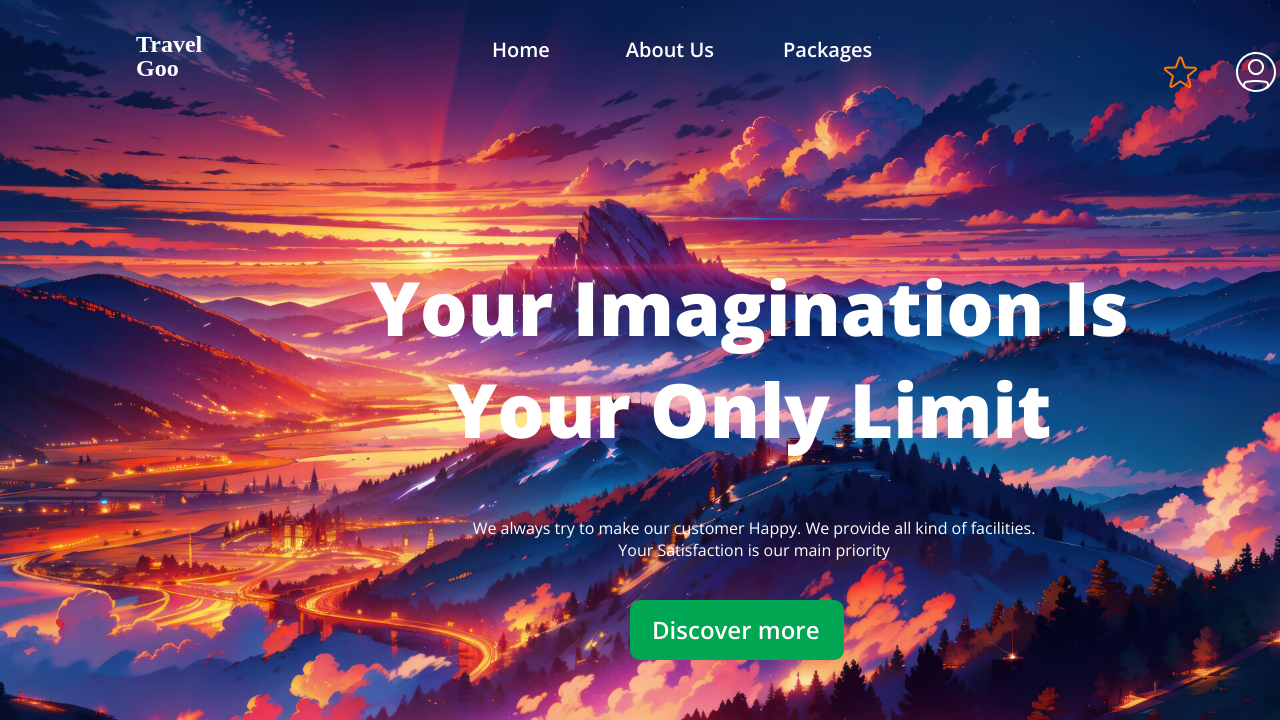
Repository: HeybetzadeQedim/task-3
Page: index.html
An editor plug-in stored every save of this project. The page is shown before and after the next save, followed by the edit.
The browser window is 1280 px wide. The pictures show the whole page.
Some web fonts or font styles are not loaded; a fallback is used.

Above is the page before, as saved 2023-10-07 13:43:13.

After the next save:
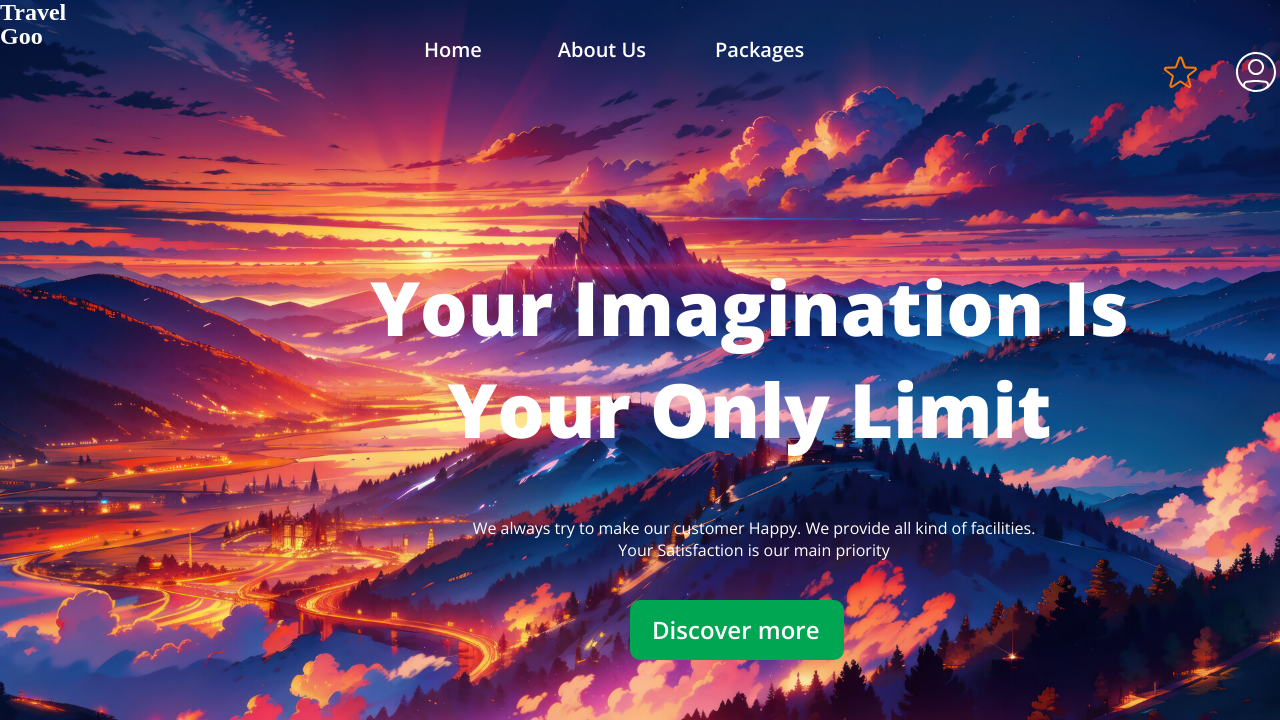
Saved 26 s later.
--- a/index.css
+++ b/index.css
@@ -15,8 +15,8 @@ nav {
 }
 .text-1 {
   color: #fff;
-  margin-top: 32px;
-  margin-left: 136px;
+  /* margin-top: 32px;
+  margin-left: 136px; */
   font-family: Laila;
   font-size: 24px;
   font-style: normal;
